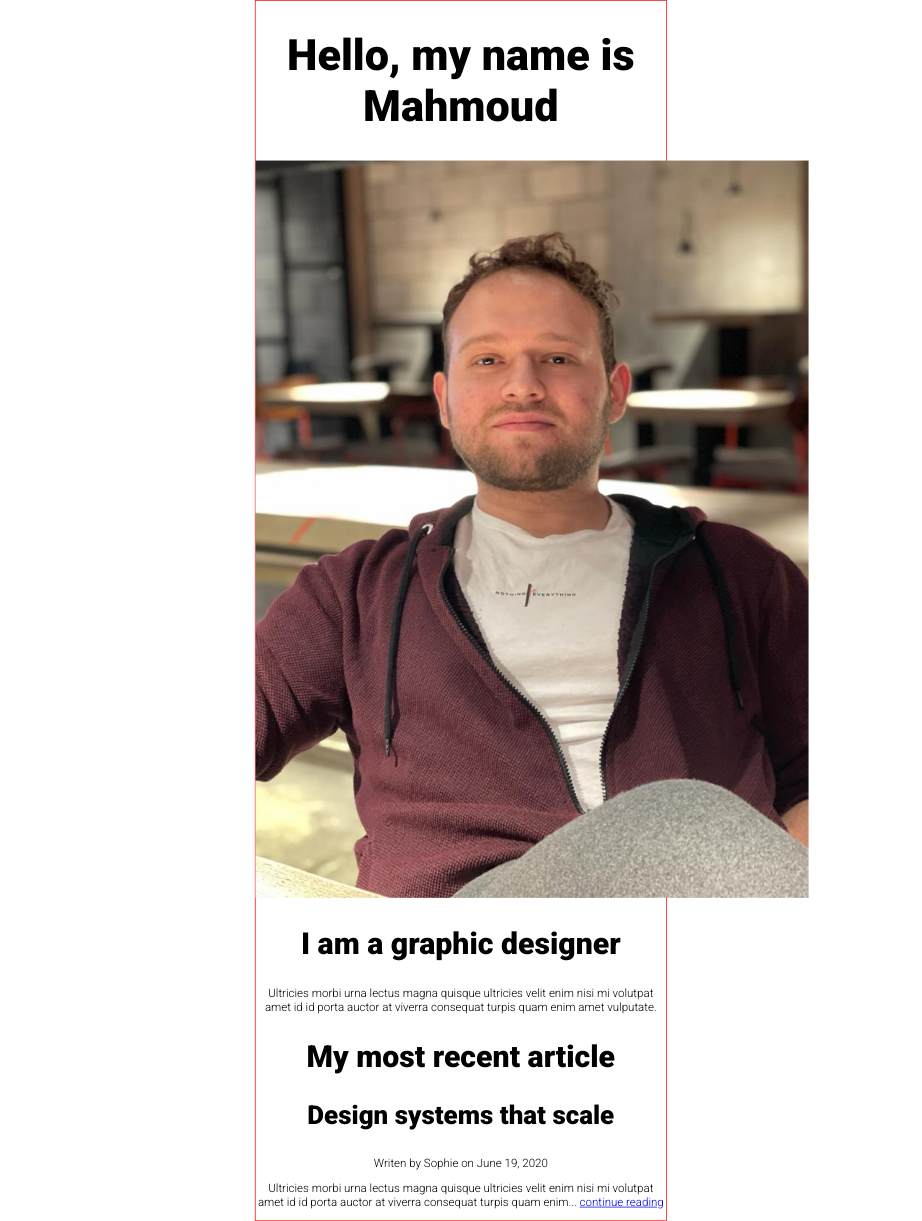
Repository: Doumham-Armah/portfolio
Page: index.html
An editor plug-in stored every save of this project. The page is shown before and after the next save, followed by the edit.
The browser window is 1280 px wide. The pictures show the whole page, at 72% of full size.

Above is the page before, as saved 2021-08-16 23:08:23.

### index.html
<!DOCTYPE html>
<html>
  <head>
    <title>HTML & CSS Fundamentals | Challenges</title>
    <link rel="preconnect" href="https://fonts.googleapis.com" />
    <link rel="preconnect" href="https://fonts.gstatic.com" crossorigin />
    <link
      href="https://fonts.googleapis.com/css2?family=Roboto:wght@300;900&display=swap"
      rel="stylesheet"
    />
    <link href="./style.css" rel="stylesheet" />
  </head>

  <body>
    <div class="container">
      <h1>Hello, my name is Mahmoud</h1>
      <img src="./images/photo.jpeg" alt="image of me" />
      <h2>I am a graphic designer</h2>
      <p>
        Ultricies morbi urna lectus magna quisque ultricies velit enim nisi mi
        volutpat amet id id porta auctor at viverra consequat turpis quam enim
        amet vulputate.
      </p>

      <h2>My most recent article</h2>
      <article>
        <h3>Design systems that scale</h3>
        <p>Writen by Sophie on June 19, 2020</p>
        <p>
          Ultricies morbi urna lectus magna quisque ultricies velit enim nisi mi
          volutpat amet id id porta auctor at viverra consequat turpis quam
          enim... <a href="#">continue reading</a>
        </p>
      </article>
    </div>
  </body>
</html>

### style.css
body {
  margin: 0;
}

.container {
  width: 570px;
  margin: 0 auto;
  border: 1px solid red;
  text-align: center;
  font-family: "Roboto", sans-serif;
}

h1 {
  font-size: 3.75rem;
}

h2 {
  font-size: 2.625rem;
}

h3 {
  font-size: 2.25rem;
}

After the next save:
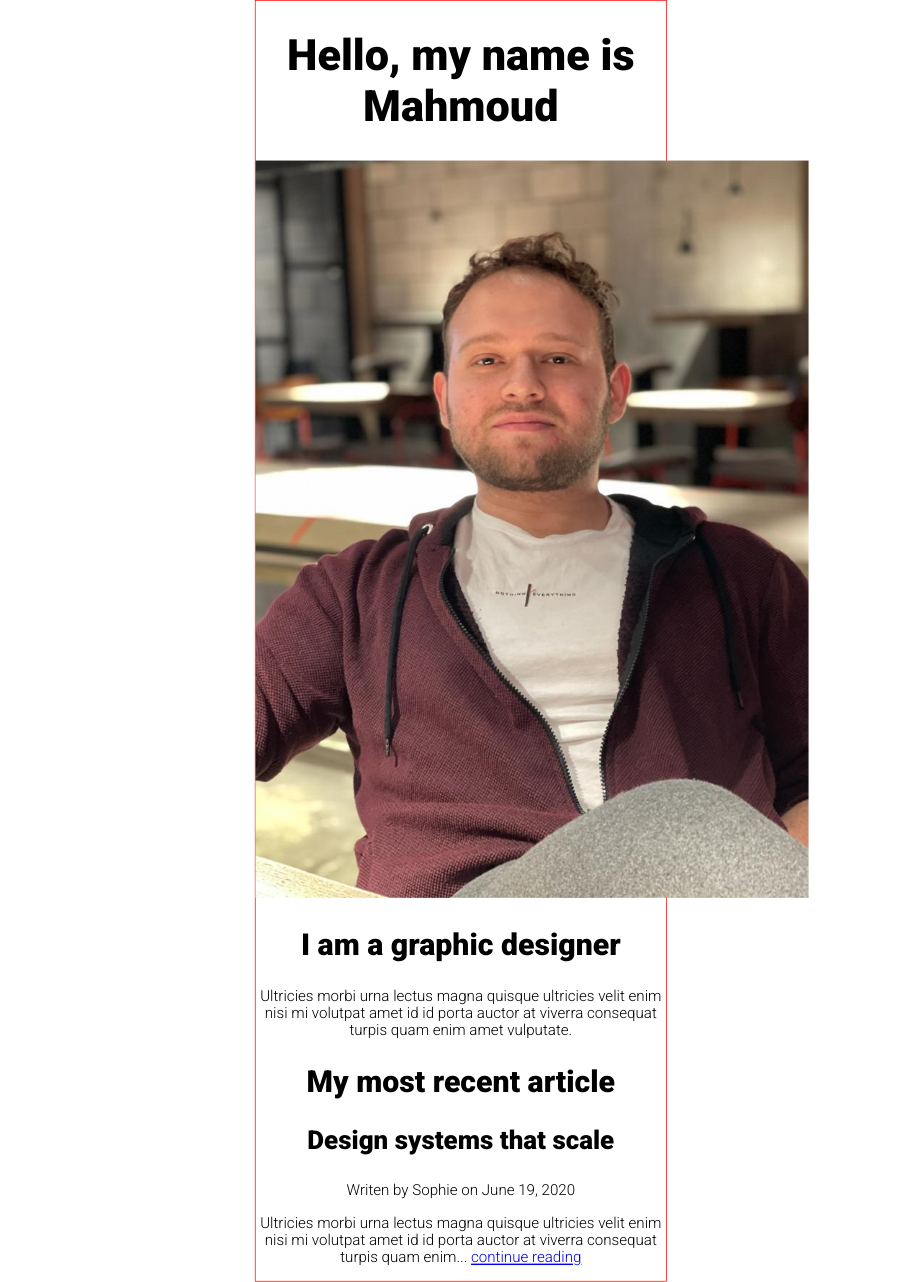
Saved 23 s later.
--- a/style.css
+++ b/style.css
@@ -1,5 +1,6 @@
 body {
   margin: 0;
+  font-size: 1.3125rem;
 }
 
 .container {
